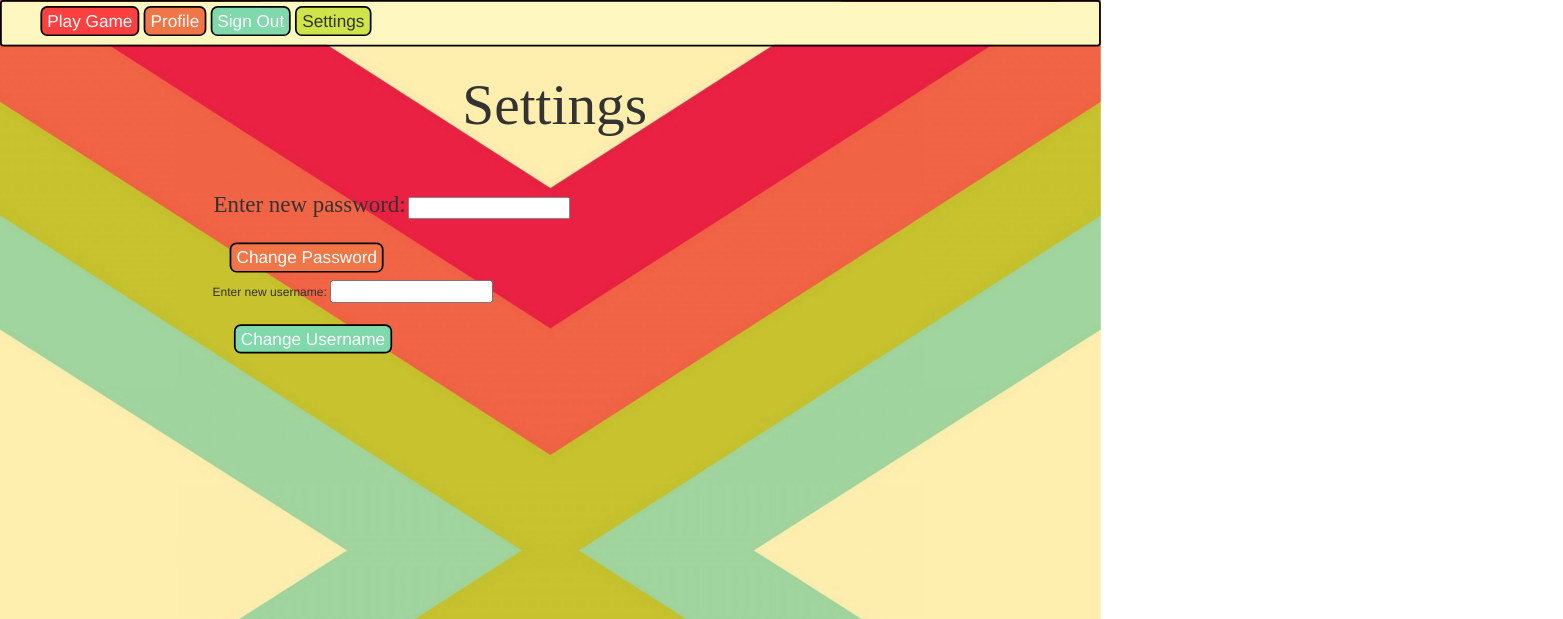
Repository: Acliu1498/RPGyping
Page: http://localhost/php/Settings.php
The author's editor kept a record of every edit. The page is drawn from the files as they stood at one moment, then again after the next edit.
The browser window is 1280 px wide. The page is 1818 px wide, so the pictures cover 1818 px, including what lies to the right of the window. The pictures show the whole page, at 86% of full size.
The page is run by PHP 8.4 with error messages shown; the project is at /var/www/html/. The session is filled in as if someone had signed in: {"username": "testuser", "userID": 1, "accessCode": 1, "userType": "teacher"}. Other server files are loaded and not shown.

Above is the page before.

### php/Settings.php
<link rel="stylesheet" href="../css/Settings.css" type="text/css"/>

<?php session_start();
    $servername = "127.0.0.1";
    $username = "root";
    $password = "egr302";

    // Create connection
    $conn = new mysqli($servername, $username, $password);

    // Check connection
    if ($conn->connect_error) {
      die("Connection failed: " . $conn->connect_error);
    }
?>
<html lang="en">
<head>
  <meta charset="utf-8">
  <meta name="viewport" content="width=device-width, initial-scale=1">
  <link rel="stylesheet" href="https://www.w3schools.com/w3css/4/w3.css">
  <link rel="stylesheet" href="https://maxcdn.bootstrapcdn.com/bootstrap/3.3.7/css/bootstrap.min.css">
  <script src="https://ajax.googleapis.com/ajax/libs/jquery/3.3.1/jquery.min.js"></script>
  <script src="https://maxcdn.bootstrapcdn.com/bootstrap/3.3.7/js/bootstrap.min.js"></script>

</head>
    <body background="../images/kindergarden2.jpg">
    <audio controls autoplay loop="loop" hidden="true">

    <!-- this is where the audio is being controlled -->
      <source src="../Music/Fantasy_Game_Background.mp3" type="audio/mpeg">
      <!--The nav bars where shows profiles should only show the type of user (ex: if teacher has logged in, there shouldn't be a tab for student profile)-->

    </audio>
    <nav class="navbar navbar-inverse">
      <div class="container-fluid">
        <div class="navbar-header">
          <a class="navbar-brand" href="#"></a>
        </div>
        <ul class="nav navbar-nav">
          <li><button class="button1" onclick="window.location='../php/Sentences.php'">Play Game</button></li>
          <?php if ($_SESSION["userType"] == "student" || $_SESSION["userType"] == "general") { ?>
            <li><button class="button2" onclick="window.location='../php/Game_Profile.php'">Profile</button></li>
          <?php } else { ?>
            <li><button class="button2" onclick="window.location='../php/Teacher_Profile.php'">Profile</button></li>
          <?php } ?>
          <li><button class="button3" onclick="window.location='../php/SignOutGeneral.php'">Sign Out</button></li>
          <li><button class="button4" onclick="window.location='../php/Settings.php'">Settings</button></li>
        </ul>
      </div>
    </nav>
    </body>
</html>

<link rel="stylesheet" type="text/css" href="../css/Settings.css">

<html>
    <body background>
      <p>Settings</p>


        </br></br>
        <div class="settings">
          <div class="container">
            <div class="row">
              <form class="pwForm" action="../php/Settings.php" method=POST>
                <p1>Enter new password:</p1>
                <input type="password" name="newPW"> </br></br>
                <!--Re-enter new password:-->
                <!--<input type="password" name="samePW"></br></br>-->
                <button class="button5" type="submit" name="pwSubmit" value="Change Password" onclick="changePassword()">Change Password</button>
              </form>

              <form class="usernameForm" action="../php/Settings.php" method=POST>
                Enter new username:
                <input type="text" name="newUsername"> </br></br>
                <button class="button6" type="submit" name="userSubmit" value="Change Username" onclick="changeUsername()">Change Username</button>
              </form>
            </div>
          </div>
        </div>

        <?php
          if (isset($_POST['pwSubmit'])) {
            $newPassword = $_POST["newPW"];
            $sql = "USE egr302";
            if ($conn->query($sql) === TRUE) {
              $hash = password_hash($newPassword, PASSWORD_DEFAULT);
              $pwParentChange = mysqli_query($conn, "UPDATE parent_TBL SET password = '" .$hash."' WHERE username= '". $_SESSION["username"]."'");
              if (mysqli_query($conn, "SELECT password from student_TBL WHERE studentID='".$_SESSION["userID"]."'")) {
                $pwStudentChange = mysqli_query($conn, "UPDATE student_TBL SET password = '" .$hash."' WHERE username= '". $_SESSION["username"]."'");
              }
              else if (mysqli_query($conn, "SELECT password from teacher_TBL WHERE teacherID='".$_SESSION["userID"]."'")) {
                $pwTeacherChange = mysqli_query($conn, "UPDATE teacher_TBL SET password = '" .$hash."' WHERE username= '". $_SESSION["username"]."'");
              }
              else {
                $pwGeneralChange = mysqli_query($conn, "UPDATE generalUser_TBL SET password = '" .$hash."' WHERE username= '". $_SESSION["username"]."'");
              }
              if ($pwParentChange && ($pwStudentChange||$pwTeacherChange||$pwGeneralChange)) {
                echo '<script type="text/javascript">completePW()</script>';
              }
              else {
                print("ERROR: ".mysqli_error($conn));
              }
            }
          }

          if (isset($_POST['userSubmit'])) {
            $newUsername = $_POST["newUsername"];
            $sql = "USE egr302";
            if ($conn->query($sql) === TRUE) {
              //UPDATE student_TBL SET username = newPassword WHERE id=SESSIONID#
              $userParentChange = mysqli_query($conn, "UPDATE parent_TBL SET username = '" .$newUsername."' WHERE accountID= '". $_SESSION["userID"]."'");
              if (mysqli_query($conn, "SELECT username from student_TBL WHERE studentID='".$_SESSION["userID"]."'")) {
                $userStudentChange = mysqli_query($conn, "UPDATE student_TBL SET username = '" .$newUsername."' WHERE studentID= '". $_SESSION["userID"]."'");
              }
              else if (mysqli_query($conn, "SELECT username from teacher_TBL WHERE teacherID='".$_SESSION["userID"]."'")) {
                $userTeacherChange = mysqli_query($conn, "UPDATE teacher_TBL SET username = '" .$newUsername."' WHERE teacherID= '". $_SESSION["userID"]."'");
              }
              else {
                $userGeneralChange = mysqli_query($conn, "UPDATE generalUser_TBL SET username = '" .$newUsername."' WHERE fk_userID= '". $_SESSION["userID"]."'");
              }
              if ($userParentChange && ($userStudentChange||$userTeacherChange||$userGeneralChange)) {
                $_SESSION["username"] = $newUsername;
                echo '<script type="text/javascript">completeName()</script>';
              }
            }
          }
        ?>


          <!--<button onclick="test()"></button>-->
          <!--<button onclick="test2()">TEST BUTTON</button>-->

        <script type="text/javascript">
          function completePW() {
            alert("Password changed");
          }
          function completeName() {
            alert("Username changed");
          }
          function test2() {
            document.getElementsById("newTEST").style.display = "none";
          }
          function test() {
            alert("TESTING");
            document.getElementById("test").style.display = "none";
          }
          function formAppear(phase) {
            if (phase == 1) {
              alert("form TESTING");
              document.getElementsByClassName("pwForm").style.display = "none";
            }
          }
        </script>
    </body>
</html>

### css/Settings.css
.button1{
    color:white;
    background-color:#FC3F3F;
    font-size:20px;
    border-radius:8px;
    border: 2px solid black;
    position:relative;
    top:5px;
    left:15px;
}
.button2{
    color:white;
    background-color:#F17647;
    font-size:20px;
    border-radius:8px;
    border: 2px solid black;
    position:relative;
    top:5px;
    left:20px;
}
.button3{
    color:white;
    background-color:#7FD9AA;
    font-size:20px;
    border-radius:8px;
    border: 2px solid black;
    position:relative;
    top:5px;
    left:25px;
}
.button4{
    background-color:#CEE449;
    font-size:20px;
    border-radius:8px;
    border: 2px solid black;
    position:relative;
    top:5px;
    left:30px;
}
.button5{
    color:white;
    background-color:#F17647;
    font-size:20px;
    border-radius:8px;
    border: 2px solid black;
    position:relative;
    top:5px;
    left:20px;
}
.button6{
    color:white;
    background-color:#7FD9AA;
    font-size:20px;
    border-radius:8px;
    border: 2px solid black;
    position:relative;
    top:5px;
    left:25px;
}
.button7{
    background-color:#CEE449;
    font-size:20px;
    border-radius:8px;
    border: 2px solid black;
    position:relative;
    top:5px;
    left:30px;
}
.navbar{
    background: linear-gradient(to bottom right,#FFF7C0,#FFF7C0);
    border: 2px solid black;
}
body{
    background-size:100%;
    background-repeat:no-repeat;
}
p{
    font-size:50pt;
    font-family: oblique;
    position:relative;
    left:42%;
}
p1{
    font-size:20pt;
    font-family: oblique;
    position:relative;
    left:.1%;
}
.settings{
    position:relative;
    left:15%;
}

After the next edit:
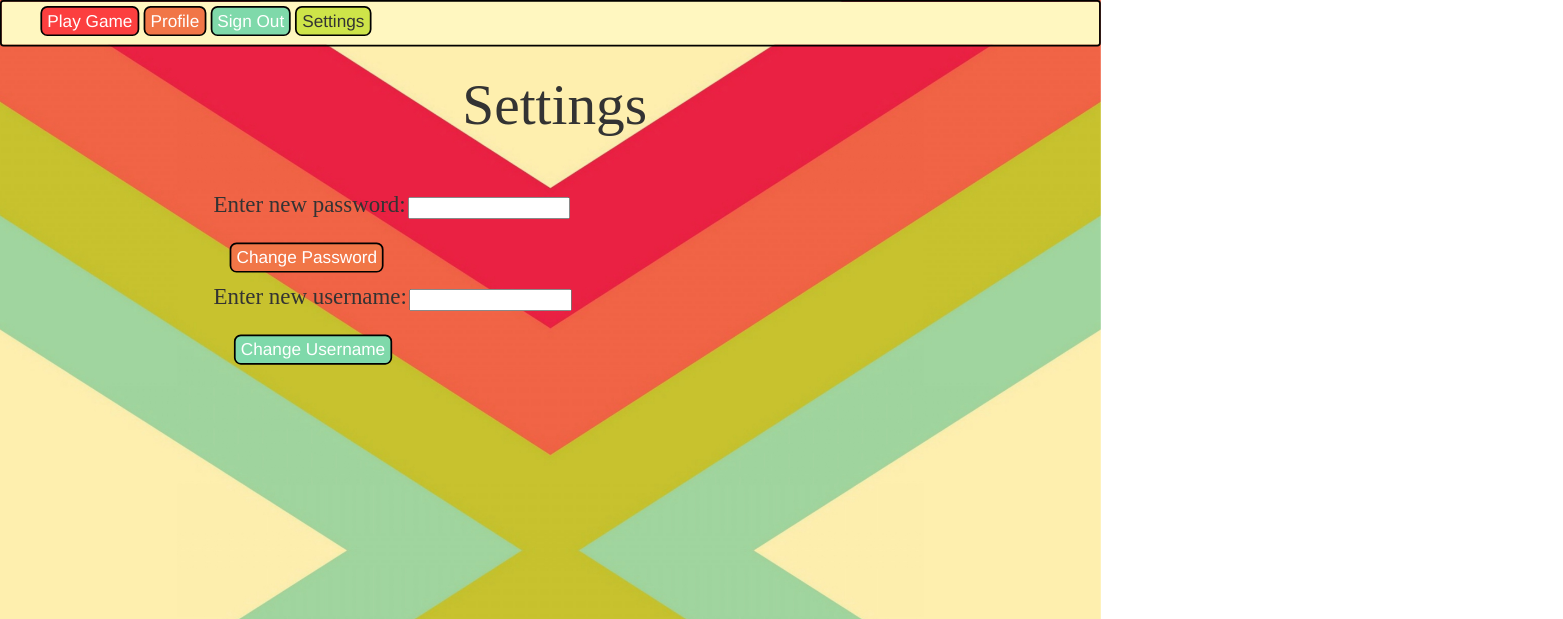
The edit:
--- a/php/Settings.php
+++ b/php/Settings.php
@@ -71,7 +71,7 @@
               </form>
 
               <form class="usernameForm" action="../php/Settings.php" method=POST>
-                Enter new username:
+                <p1>Enter new username:</p1>
                 <input type="text" name="newUsername"> </br></br>
                 <button class="button6" type="submit" name="userSubmit" value="Change Username" onclick="changeUsername()">Change Username</button>
               </form>
